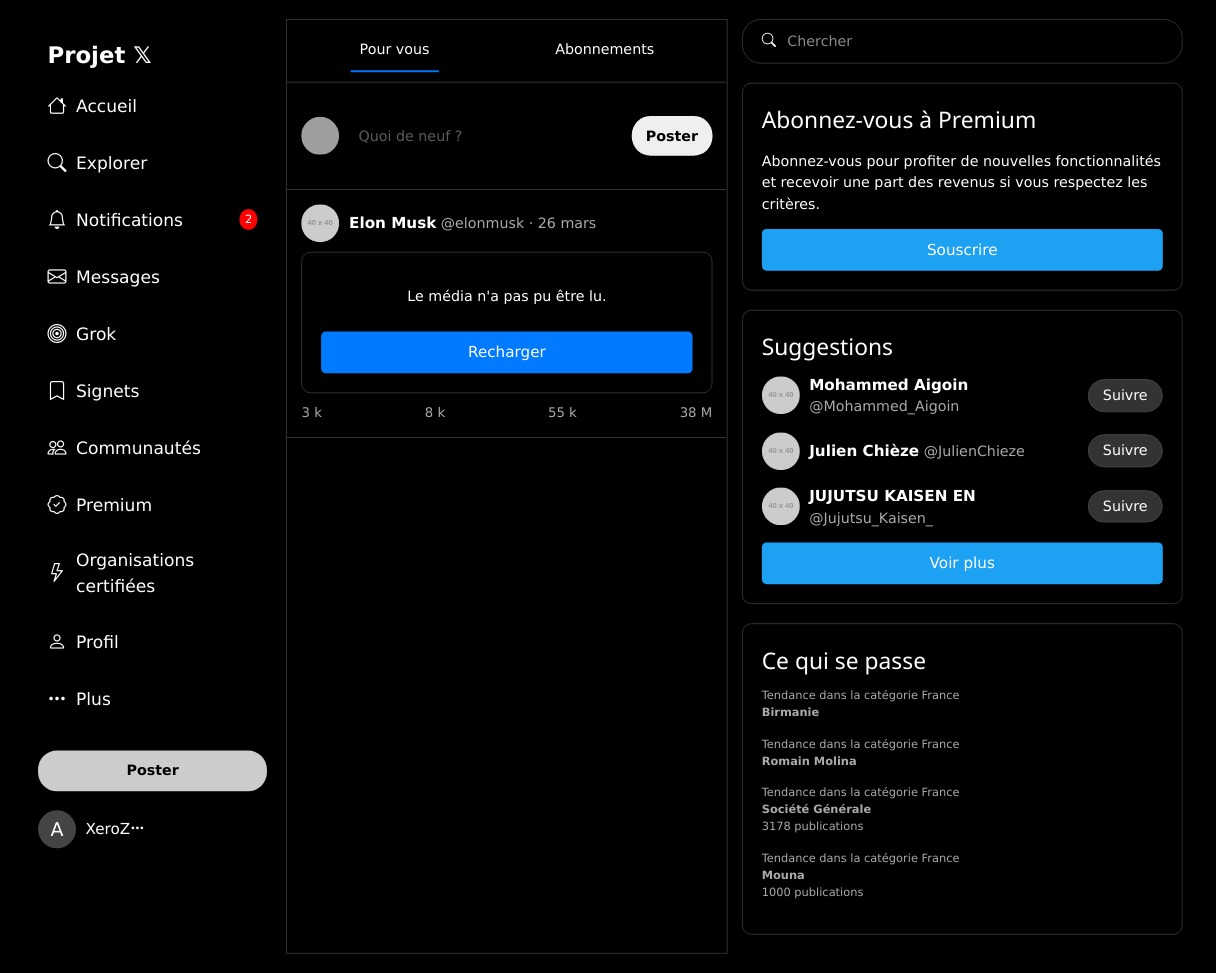
Repository: barriefl/ProjetX_BARRIER_MAULINE_MARQUES-FELIX_SERVONNET
Page: web/front/main.html
The author's editor kept a copy of each file at every save. The page is drawn from the files as they stood at one save, then again after the next save.
The browser window is 1280 px wide. The pictures show the whole page, at 95% of full size.
The pointer rests on the first visible `.post-button`.
Pictures or frames that could not be fetched are drawn as grey boxes.

Above is the page before, as saved 2025-03-31 09:14:55.

After the next save:
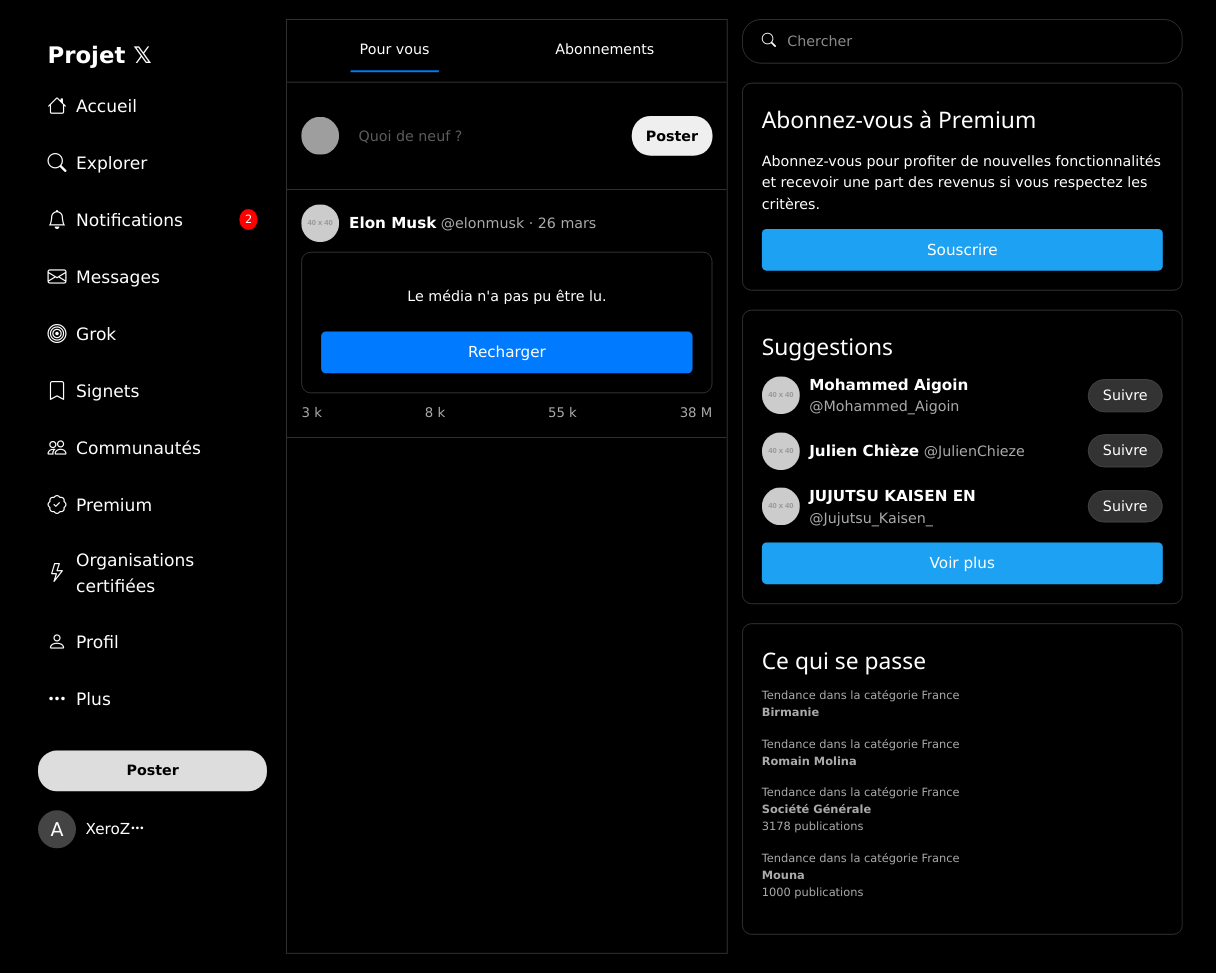
Saved 9 s later.
--- a/web/front/style/main.css
+++ b/web/front/style/main.css
@@ -78,7 +78,7 @@
 }
 
 .post-button:hover {
-    background-color: #ccc;
+    background-color: #ddd;
 }
 
 .button-blue {
